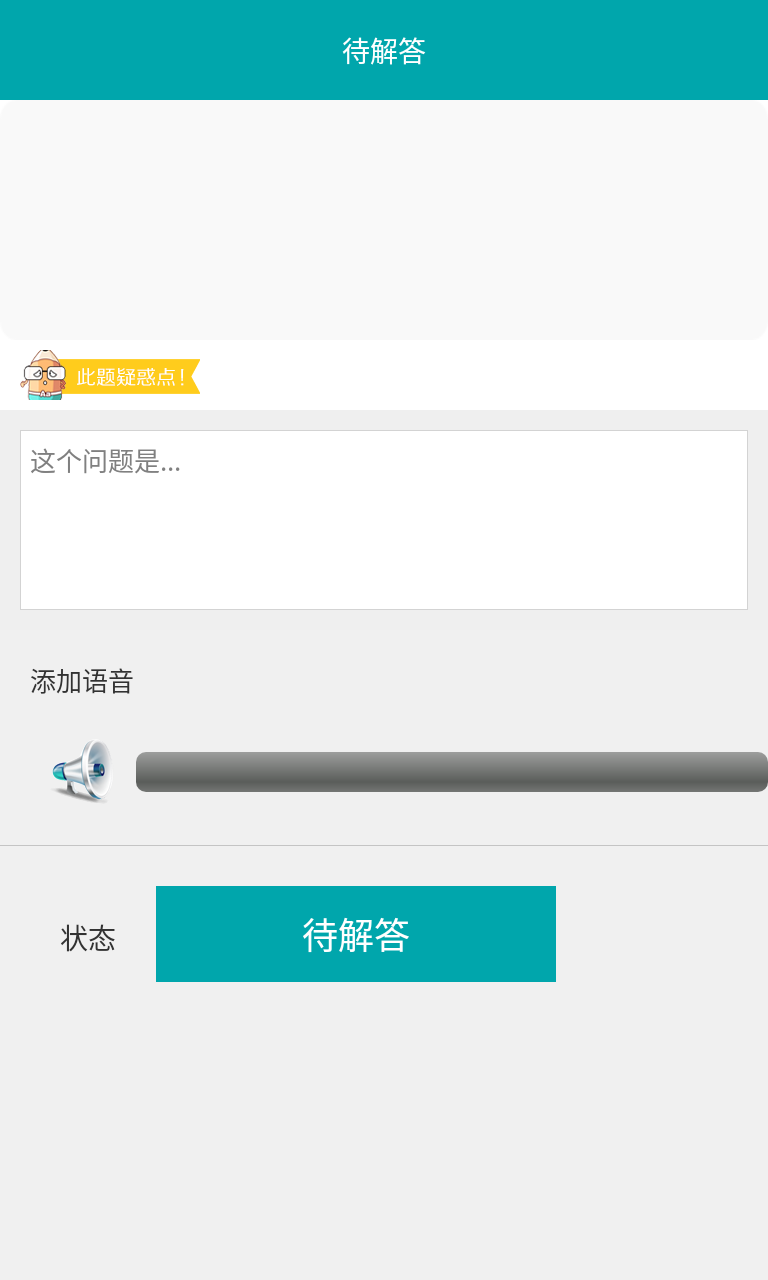
Repository: 2015-Forever/JWD
Layout: Jwd/res/layout/activity_un_answer.xml
These files come from the project's save history. The layout is drawn as it stood at one moment and after the next save; the edit follows.
It is drawn on a 768 x 1280 px phone screen (xhdpi) without system bars, with theme AppTheme; the app's code is not run.

Above is the layout before, as saved 2015-07-16 06:10:21.

After the next save:
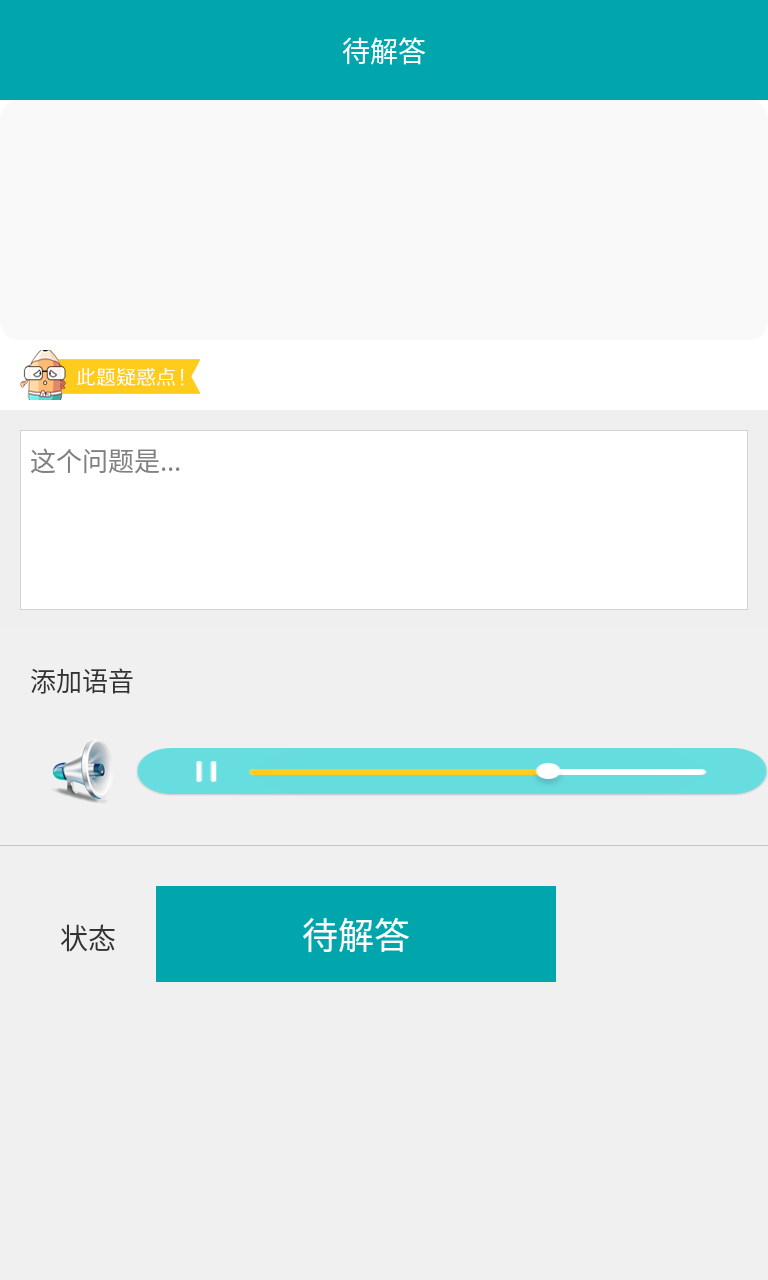
Saved 35 s later.
--- a/Jwd/res/layout/activity_un_answer.xml
+++ b/Jwd/res/layout/activity_un_answer.xml
@@ -87,11 +87,10 @@
                 android:layout_marginRight="10dp"
                 android:background="@drawable/sound_icon" />
 
-            <ProgressBar
+            <ImageView
                 android:layout_width="match_parent"
                 android:layout_height="wrap_content"
-                android:background="@drawable/sound_icon_one"
-                style="@android:style/Widget.ProgressBar.Horizontal"/>
+                android:background="@drawable/sound_icon_one" />
 
         </LinearLayout>
 
